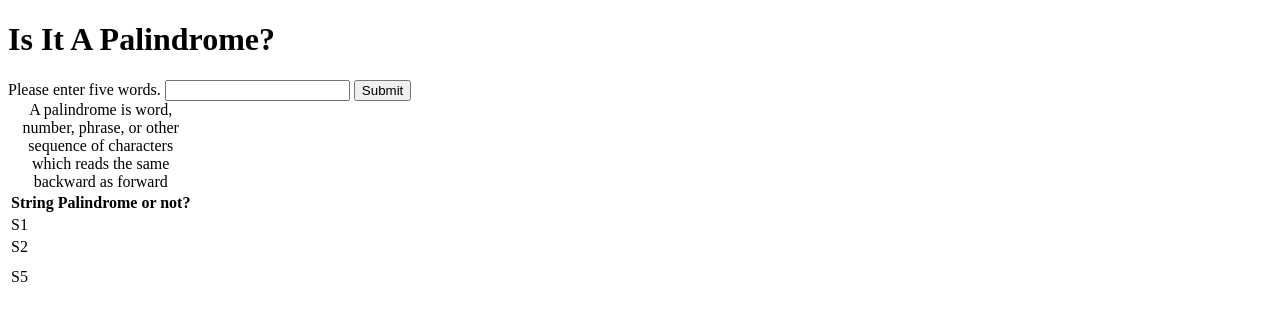
Repository: mlmEFSC21/P18-Palindrome-Table
Page: palindrome.html
These files come from the project's save history. The page is drawn as it stood at one moment and after the next save; the edit follows.
The browser window is 1280 px wide. The pictures show the whole page.

Above is the page before, as saved 2022-04-03 17:16:31.

After the next save:
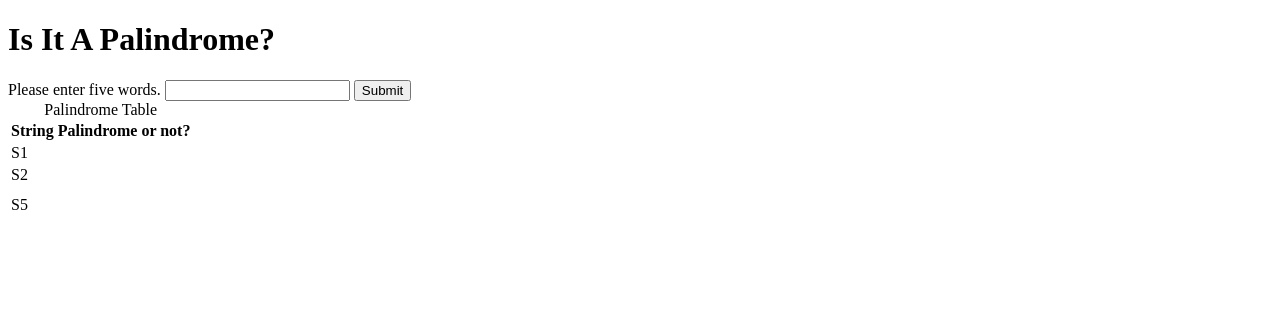
Saved 26 s later.
--- a/palindrome.html
+++ b/palindrome.html
@@ -27,8 +27,7 @@
             <div class="tableContainer" id="tableContainer">
                 <table>
                     <caption>
-                        A palindrome is word, number, phrase, or other sequence of characters which
-                        reads the same backward as forward
+                        Palindrome Table
                     </caption>
                     <thead>
                         <tr>
